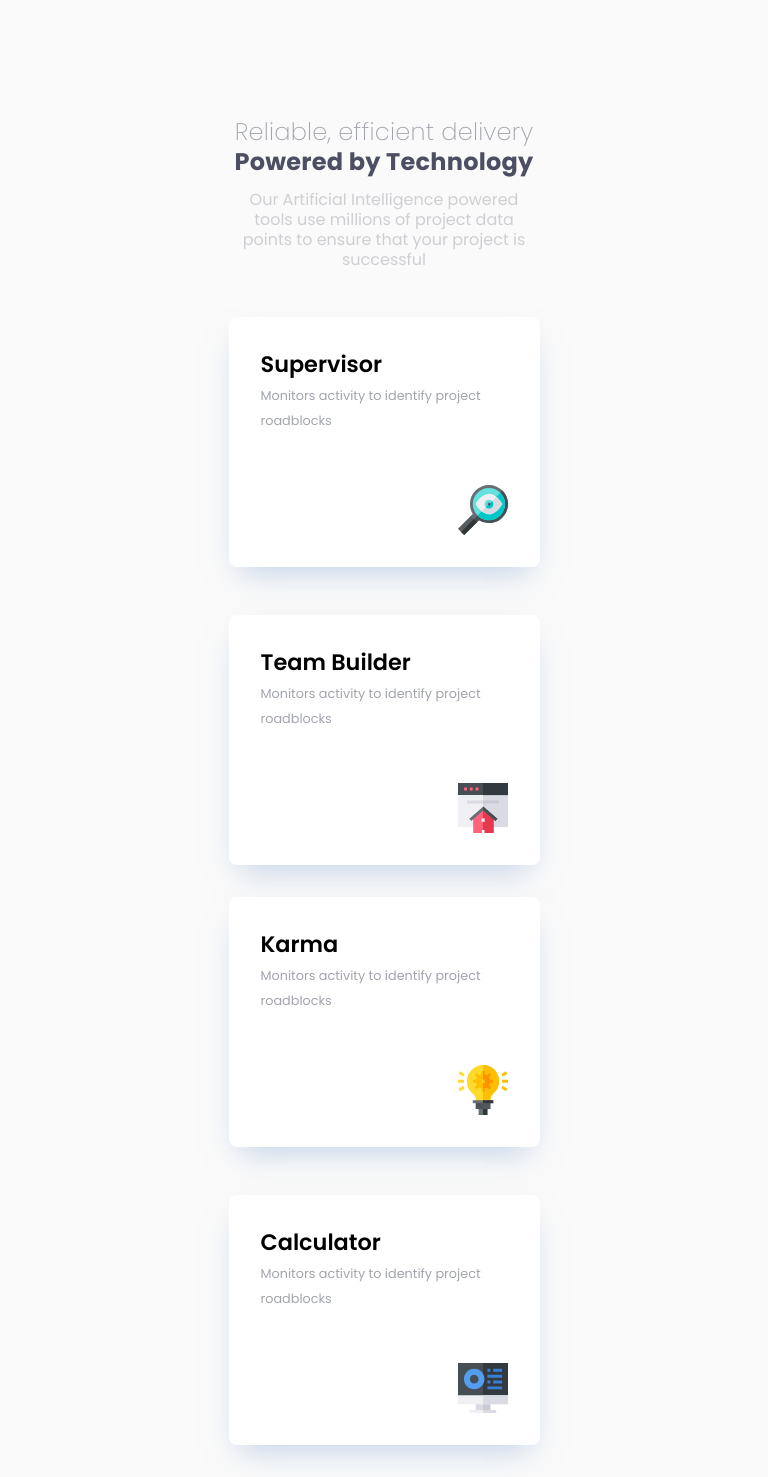
Repository: brandontaylor1/four-card-feature
Page: index.html
An editor plug-in stored every save of this project. The page is shown before and after the next save, followed by the edit.
The browser window is 768 px wide. The pictures show the whole page.

Above is the page before, as saved 2025-01-10 19:45:38.

After the next save:
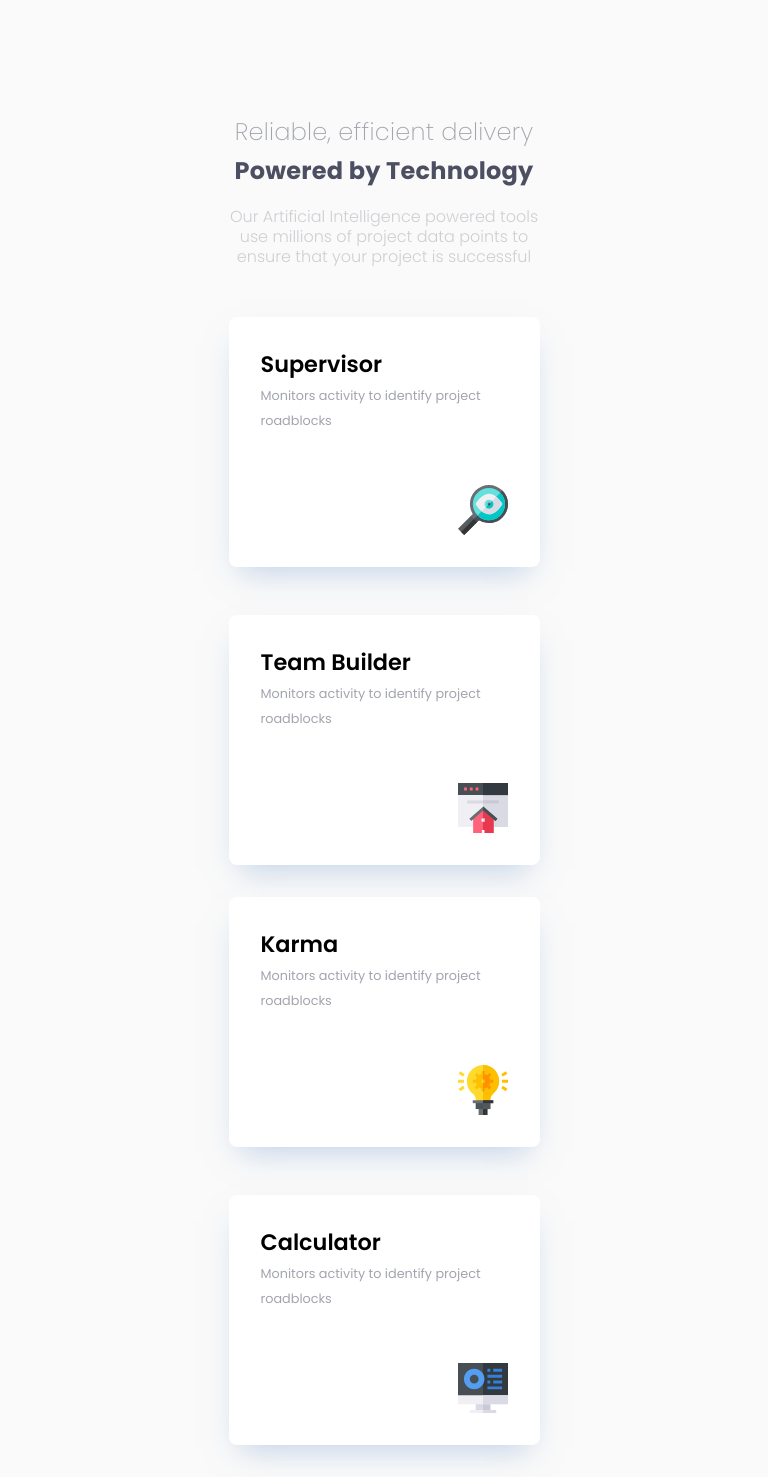
Saved 46 s later.
--- a/styles.css
+++ b/styles.css
@@ -136,6 +136,7 @@
 
     .page-content p {
         font-size: 1rem;
+        font-weight: 300;
         line-height: 20px;
     }
 

After the save that followed:
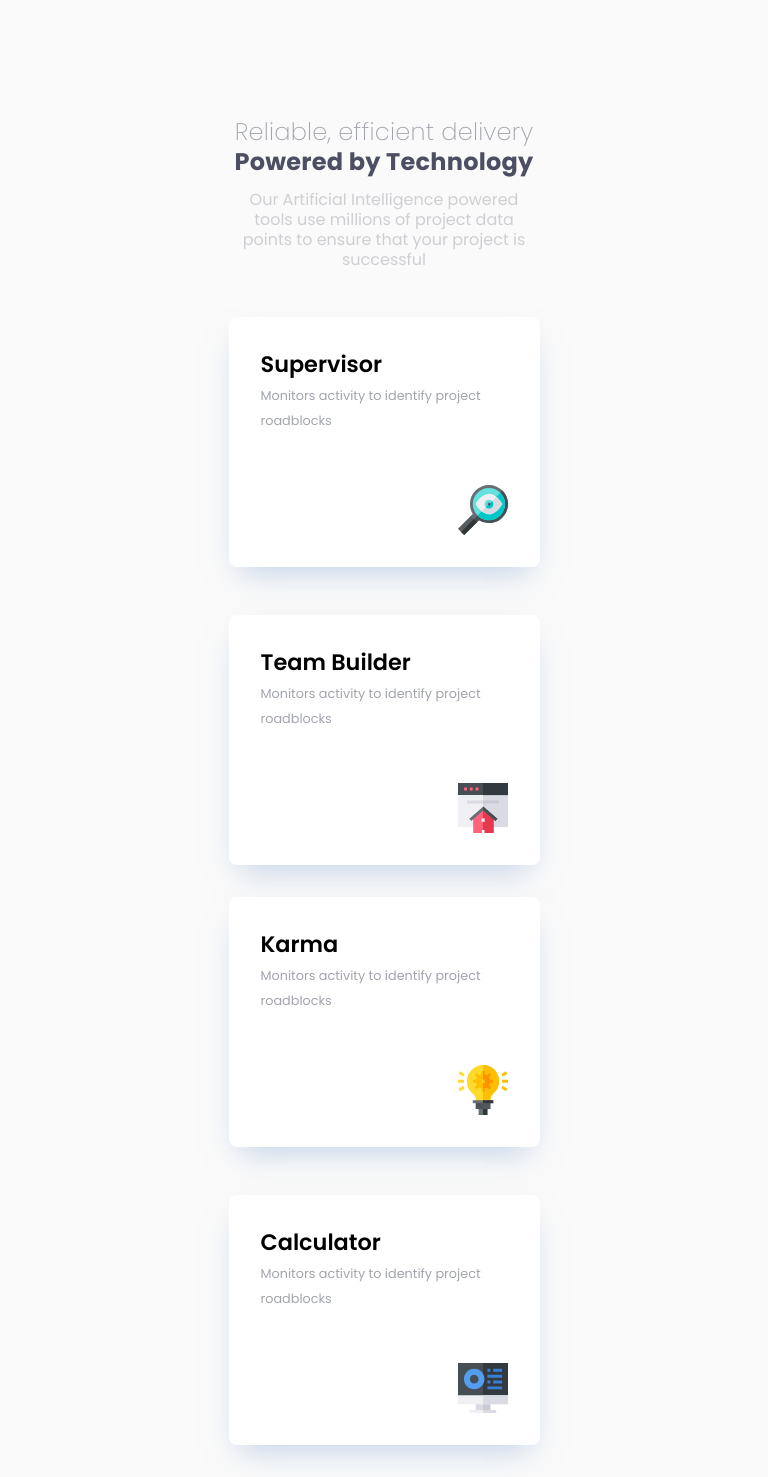
Saved 2 min 40 s later.
--- a/styles.css
+++ b/styles.css
@@ -136,7 +136,6 @@
 
     .page-content p {
         font-size: 1rem;
-        font-weight: 300;
         line-height: 20px;
     }
 
